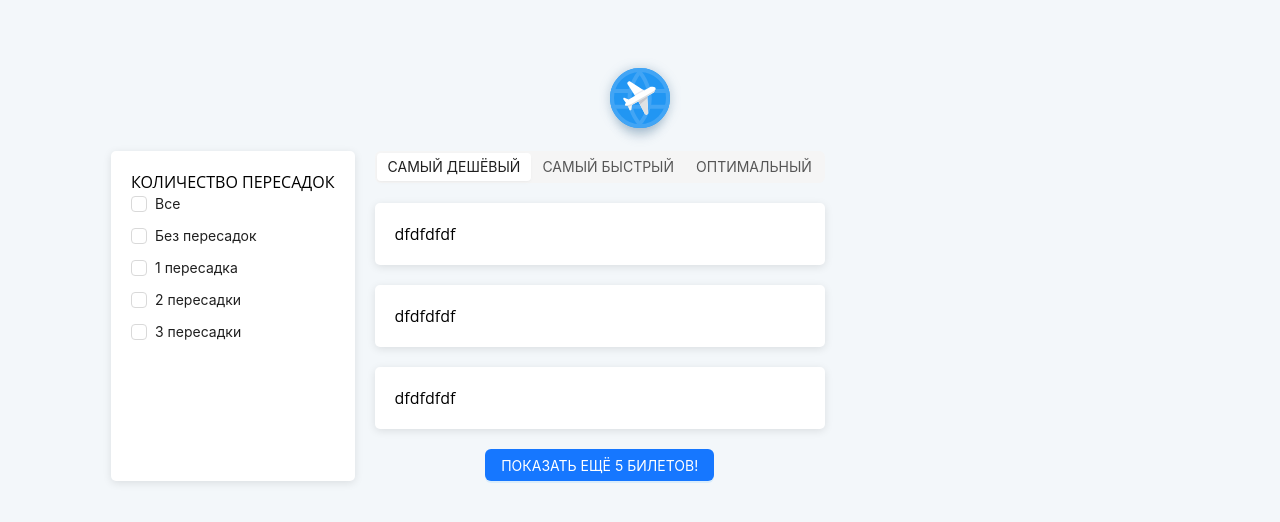
Repository: Dedoxa/aviasalesTickets
Page: /
An editor plug-in stored every save of this project. The page is shown before and after the next save, followed by the edit.
The browser window is 1280 px wide. The pictures show the whole page.
The project was rebuilt for these pictures with package versions that can differ from the ones it lists, and the page was loaded fresh each time. Also part of the build but not shown: vite.config.js, src/TicketCard/TicketCard.module.scss.

Above is the page before, as saved 2024-10-19 16:36:17.

### index.html
<!doctype html>
<html lang="en">
  <head>
    <meta charset="UTF-8" />
    <meta name="viewport" content="width=device-width, initial-scale=1.0" />
    <title>AviasalesTickets</title>
  </head>
  <body>
    <div id="root"></div>
    <script type="module" src="/src/main.jsx"></script>
  </body>
</html>

### src/main.jsx
import { StrictMode } from 'react';
import { createRoot } from 'react-dom/client';

import App from './App.jsx';

createRoot(document.getElementById('root')).render(
  <StrictMode>
    <App />
  </StrictMode>
);

### src/App.jsx
import TransferFilters from './TransferFilters/TransferFilters.jsx';
import AppIcon from './AppIcon/AppIcon.jsx';
import PriceFilters from './PriceFilters/PriceFilters.jsx';
import TicketCard from './TicketCard/TicketCard.jsx';
import ShowMoreButton from './ShowMoreButton/ShowMoreButton.jsx';
import classes from './App.module.scss';

function App() {
  return (
    <main className={classes.App}>
      <AppIcon />
      <div style={{ display: 'flex', gap: '20px' }}>
        <TransferFilters />
        <div className={classes['priceFiltersAndTicketsContainer']}>
          <PriceFilters />
          <TicketCard />
          <TicketCard />
          <TicketCard />
          <ShowMoreButton />
        </div>
      </div>
    </main>
  );
}

export default App;

### src/TransferFilters/TransferFilters.jsx
import { Checkbox } from 'antd';

import { contentBox } from '../App.module.scss';

import classes from './TransferFilters.module.scss';

const TransferFilters = () => {
  return (
    <>
      <div className={contentBox}>
        <span className={classes.title}>КОЛИЧЕСТВО ПЕРЕСАДОК</span>
        <div className={classes.checkboxContainer}>
          <Checkbox>Все</Checkbox>
          <Checkbox>Без пересадок</Checkbox>
          <Checkbox>1 пересадка</Checkbox>
          <Checkbox>2 пересадки</Checkbox>
          <Checkbox>3 пересадки</Checkbox>
        </div>
      </div>
    </>
  );
};

export default TransferFilters;

### src/AppIcon/AppIcon.jsx
import classes from './AppIcon.module.scss';

const AppIcon = () => {
  return (
    <div className={classes.AppIcon}>
      <img src="/public/img/Logo.svg" alt="AviasalesIcon" />
    </div>
  );
};

export default AppIcon;

### src/PriceFilters/PriceFilters.jsx
import { Segmented } from 'antd';

const PriceFilters = () => {
  return <Segmented options={['САМЫЙ ДЕШЁВЫЙ', 'САМЫЙ БЫСТРЫЙ', 'ОПТИМАЛЬНЫЙ']} />;
};

export default PriceFilters;

### src/TicketCard/TicketCard.jsx
import { contentBox } from '../App.module.scss';

import classes from './TicketCard.module.scss';

const TicketCard = () => {
  return (
    <div className={contentBox}>
        <span>dfdfdfdf</span>
    </div>
  );
};

export default TicketCard;

### src/ShowMoreButton/ShowMoreButton.jsx
import { Button } from 'antd';

import classes from './ShowMoreButton.module.scss';

const ShowMoreButton = () => {
  return (
    <div className={classes.showMoreButton}>
      <Button type="primary">ПОКАЗАТЬ ЕЩЁ 5 БИЛЕТОВ!</Button>
    </div>
);
};

export default ShowMoreButton;

### src/App.module.scss
@font-face {
  font-family: 'Open Sans';
  src: url('https://fonts.googleapis.com/css2?family=Open+Sans:ital,wght@0,300..800;1,300..800&display=swap');
}

.contentBox {
  display: inline-block;
  font-family: 'Open Sans', sans-serif;
  background-color: #fff;
  border-radius: 5px;
  box-shadow: 0 2px 8px 0 rgba(0, 0, 0, 0.1);
  padding: 20px;
}

body {
  background-color: #f3f7fa;
  padding: 50px 103px;
}

.App {
  .priceFiltersAndTicketsContainer {
    display: flex;
    flex-direction: column;
    gap: 20px;
  }
}

### src/TransferFilters/TransferFilters.module.scss
.title {
  margin-bottom: 20px;
}

.checkboxContainer {
  display: flex;
  flex-direction: column;
  gap: 10px;
}

### src/AppIcon/AppIcon.module.scss
.AppIcon {
    text-align: center;
}

### src/ShowMoreButton/ShowMoreButton.module.scss
.showMoreButton {
    text-align: center;
}

After the next save:
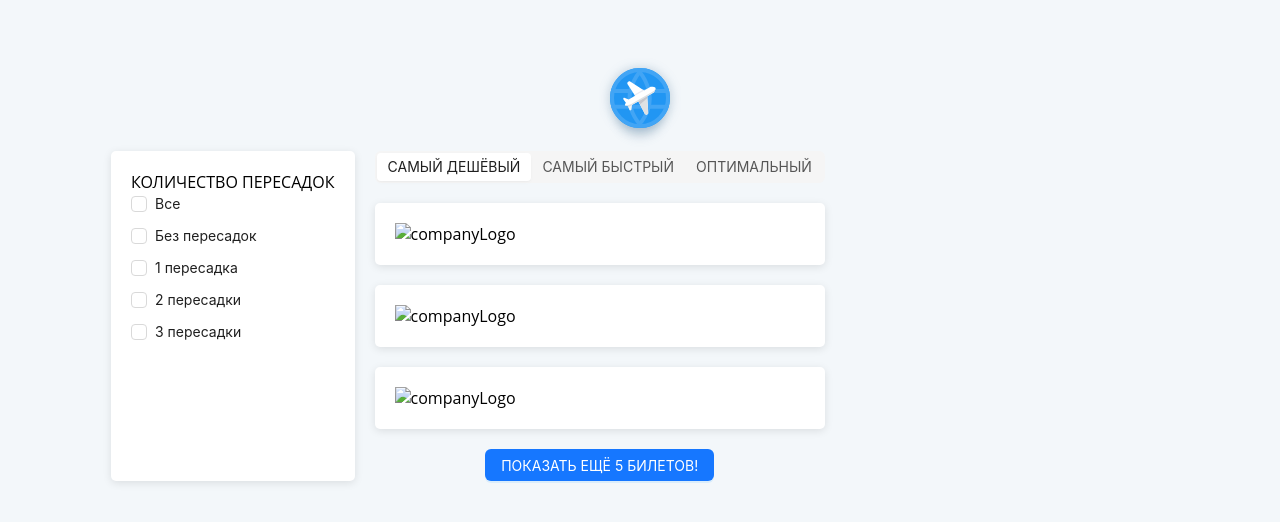
Saved 3 min 12 s later.
--- a/src/TicketCard/TicketCard.jsx
+++ b/src/TicketCard/TicketCard.jsx
@@ -5,7 +5,10 @@ import classes from './TicketCard.module.scss';
 const TicketCard = () => {
   return (
     <div className={contentBox}>
-        <span>dfdfdfdf</span>
+      <div className={classes.mainTicketInfo}>
+        <span></span>
+        <img src='' alt='companyLogo'></img>
+      </div>
     </div>
   );
 };
